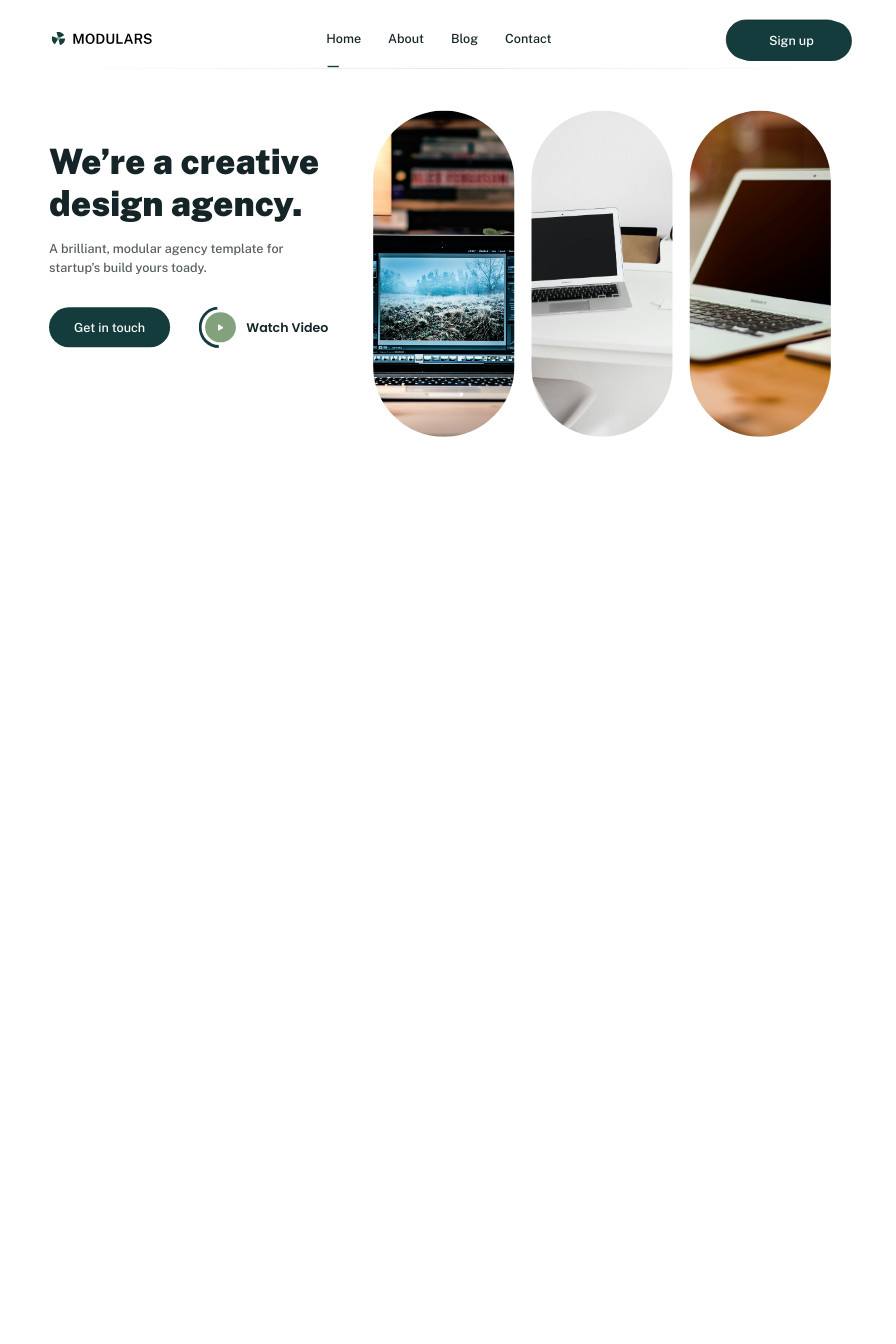
Repository: Learncode-every-day/Project-3.1
Page: index.html
These files come from the project's save history. The page is drawn as it stood at one moment and after the next save; the edit follows.
The browser window is 1280 px wide. The pictures show the part of the page from y = 0 to 1920 px (the page is 5015 px tall), at 70% of full size.

Above is the page before, as saved 2024-06-22 18:30:12.

### index.html
<!DOCTYPE html>
<html lang="en">
    <head>
        <meta charset="UTF-8" />
        <meta name="viewport" content="width=device-width, initial-scale=1.0" />
        <title>Project 3.1</title>
        <!-- Favicon -->
        <link
            rel="apple-touch-icon"
            sizes="57x57"
            href="./assets/favicon/apple-icon-57x57.png"
        />
        <link
            rel="apple-touch-icon"
            sizes="60x60"
            href="./assets/favicon/apple-icon-60x60.png"
        />
        <link
            rel="apple-touch-icon"
            sizes="72x72"
            href="./assets/favicon/apple-icon-72x72.png"
        />
        <link
            rel="apple-touch-icon"
            sizes="76x76"
            href="./assets/favicon/apple-icon-76x76.png"
        />
        <link
            rel="apple-touch-icon"
            sizes="114x114"
            href="./assets/favicon/apple-icon-114x114.png"
        />
        <link
            rel="apple-touch-icon"
            sizes="120x120"
            href="./assets/favicon/apple-icon-120x120.png"
        />
        <link
            rel="apple-touch-icon"
            sizes="144x144"
            href="./assets/favicon/apple-icon-144x144.png"
        />
        <link
            rel="apple-touch-icon"
            sizes="152x152"
            href="./assets/favicon/apple-icon-152x152.png"
        />
        <link
            rel="apple-touch-icon"
            sizes="180x180"
            href="./assets/favicon/apple-icon-180x180.png"
        />
        <link
            rel="icon"
            type="image/png"
            sizes="192x192"
            href="./assets/favicon/android-icon-192x192.png"
        />
        <link
            rel="icon"
            type="image/png"
            sizes="32x32"
            href="./assets/favicon/favicon-32x32.png"
        />
        <link
            rel="icon"
            type="image/png"
            sizes="96x96"
            href="./assets/favicon/favicon-96x96.png"
        />
        <link
            rel="icon"
            type="image/png"
            sizes="16x16"
            href="./assets/favicon/favicon-16x16.png"
        />
        <link rel="manifest" href="./assets/favicon/manifest.json" />
        <meta name="msapplication-TileColor" content="#ffffff" />
        <meta
            name="msapplication-TileImage"
            content="./assets/favicon/ms-icon-144x144.png"
        />
        <meta name="theme-color" content="#ffffff" />
        <!-- Reset CSS -->
        <link rel="stylesheet" href="./assets/css/reset.css" />
        <!-- Embed Fonts -->
        <link rel="stylesheet" href="./assets/fonts/stylesheet.css" />
        <!-- Style CSS -->
        <link rel="stylesheet" href="./assets/css/style.css" />
    </head>
    <body style="height: 5000px">
        <!-- Header -->
        <header class="header">
            <div class="container">
                <!-- Header top -->
                <div class="header-top">
                    <!-- Logo -->
                    <a href="#!">
                        <img src="./assets/icons/logo.svg" alt="Modulars" />
                    </a>

                    <!-- Navbar -->
                    <nav class="navbar">
                        <ul class="navbar__list">
                            <li class="navbar__item">
                                <a
                                    href="#!"
                                    class="navbar__link navbar__link--active"
                                    >Home</a
                                >
                            </li>
                            <li class="navbar__item">
                                <a href="#!" class="navbar__link">About</a>
                            </li>
                            <li class="navbar__item">
                                <a href="#!" class="navbar__link">Blog</a>
                            </li>
                            <li class="navbar__item">
                                <a href="#!" class="navbar__link">Contact</a>
                            </li>
                        </ul>
                    </nav>

                    <!-- Action -->
                    <button class="header-action">
                        <a href="#!" class="btn">Sign up</a>
                    </button>
                </div>
                <div class="separate-line"></div>
            </div>
        </header>

        <main>
            <!-- Hero -->
            <section class="hero">
                <div class="container">
                    <div class="hero__inner">
                        <!-- Hero Content -->
                        <section class="hero__content">
                            <h1 class="hero__heading">
                                We’re a creative design agency.
                            </h1>
                            <p class="hero__desc">
                                A brilliant, modular agency template for
                                startup’s build yours toady.
                            </p>
                            <div class="hero__row">
                                <a href="#!" class="btn">Get in touch</a>
                                <div class="hero-action">
                                    <div class="play-btn">
                                        <img
                                            src="./assets/icons/eclip.svg"
                                            alt="eclip"
                                            class="eclip-icon"
                                        />
                                        <img
                                            src="./assets/icons/play.svg"
                                            alt="Play button"
                                            class="play-icon"
                                        />
                                    </div>
                                    <span class="hero-action__desc"
                                        >Watch Video</span
                                    >
                                </div>
                            </div>
                        </section>

                        <!-- Hero Media -->
                        <div class="hero__media">
                            <figure>
                                <img
                                    src="./assets/img/header-1.jpg"
                                    alt=""
                                    class="hero__image"
                                />
                                <img
                                    src="./assets/img/header-2.jpg"
                                    alt=""
                                    class="hero__image"
                                />
                                <img
                                    src="./assets/img/header-3.jpg"
                                    alt=""
                                    class="hero__image"
                                />
                            </figure>
                        </div>
                    </div>
                </div>
            </section>
        </main>
    </body>
</html>

### assets/css/reset.css
/* http://meyerweb.com/eric/tools/css/reset/
    v2.0 | 20110126
    License: none (public domain)
*/

html,
body,
div,
span,
applet,
object,
iframe,
h1,
h2,
h3,
h4,
h5,
h6,
p,
blockquote,
pre,
a,
abbr,
acronym,
address,
big,
cite,
code,
del,
dfn,
em,
img,
ins,
kbd,
q,
s,
samp,
small,
strike,
strong,
sub,
sup,
tt,
var,
b,
u,
i,
center,
dl,
dt,
dd,
ol,
ul,
li,
fieldset,
form,
label,
legend,
table,
caption,
tbody,
tfoot,
thead,
tr,
th,
td,
article,
aside,
canvas,
details,
embed,
figure,
figcaption,
footer,
header,
hgroup,
menu,
nav,
output,
ruby,
section,
summary,
time,
mark,
audio,
video {
    margin: 0;
    padding: 0;
    border: 0;
    font-size: 100%;
    font: inherit;
    vertical-align: baseline;
}
/* HTML5 display-role reset for older browsers */
article,
aside,
details,
figcaption,
figure,
footer,
header,
hgroup,
menu,
nav,
section {
    display: block;
}
body {
    line-height: 1;
}
ol,
ul {
    list-style: none;
}
blockquote,
q {
    quotes: none;
}
blockquote:before,
blockquote:after,
q:before,
q:after {
    content: "";
    content: none;
}
table {
    border-collapse: collapse;
    border-spacing: 0;
}

### assets/fonts/stylesheet.css
/* ================= Sonsie One ================= */
@font-face {
    font-family: "Sonsie One";
    src: url("SonsieOne/SonsieOne-Regular.woff2") format("woff2"),
        url("SonsieOne/SonsieOne-Regular.woff") format("woff");
    font-weight: normal;
    font-style: normal;
    font-display: swap;
}

/* ================= Public Sans ================= */
@font-face {
    font-family: "Public Sans";
    src: url("PublicSans/PublicSans-Bold.woff2") format("woff2"),
        url("PublicSans/PublicSans-Bold.woff") format("woff");
    font-weight: bold;
    font-style: normal;
    font-display: swap;
}

@font-face {
    font-family: "Public Sans";
    src: url("PublicSans/PublicSans-ExtraBold.woff2") format("woff2"),
        url("PublicSans/PublicSans-ExtraBold.woff") format("woff");
    font-weight: bold;
    font-style: normal;
    font-display: swap;
}

@font-face {
    font-family: "Public Sans";
    src: url("PublicSans/PublicSans-Light.woff2") format("woff2"),
        url("PublicSans/PublicSans-Light.woff") format("woff");
    font-weight: 300;
    font-style: normal;
    font-display: swap;
}

@font-face {
    font-family: "Public Sans";
    src: url("PublicSans/PublicSans-Medium.woff2") format("woff2"),
        url("PublicSans/PublicSans-Medium.woff") format("woff");
    font-weight: 500;
    font-style: normal;
    font-display: swap;
}

@font-face {
    font-family: "Public Sans";
    src: url("PublicSans/PublicSans-SemiBold.woff2") format("woff2"),
        url("PublicSans/PublicSans-SemiBold.woff") format("woff");
    font-weight: 600;
    font-style: normal;
    font-display: swap;
}

@font-face {
    font-family: "Public Sans";
    src: url("PublicSans/PublicSans-Regular.woff2") format("woff2"),
        url("PublicSans/PublicSans-Regular.woff") format("woff");
    font-weight: normal;
    font-style: normal;
    font-display: swap;
}

@font-face {
    font-family: "Public Sans";
    src: url("PublicSans/PublicSans-BlackItalic.woff2") format("woff2"),
        url("PublicSans/PublicSans-BlackItalic.woff") format("woff");
    font-weight: 900;
    font-style: italic;
    font-display: swap;
}

@font-face {
    font-family: "Public Sans";
    src: url("PublicSans/PublicSans-Black.woff2") format("woff2"),
        url("PublicSans/PublicSans-Black.woff") format("woff");
    font-weight: 900;
    font-style: normal;
    font-display: swap;
}

@font-face {
    font-family: "Public Sans";
    src: url("PublicSans/PublicSans-BoldItalic.woff2") format("woff2"),
        url("PublicSans/PublicSans-BoldItalic.woff") format("woff");
    font-weight: bold;
    font-style: italic;
    font-display: swap;
}

@font-face {
    font-family: "Public Sans";
    src: url("PublicSans/PublicSans-ExtraLight.woff2") format("woff2"),
        url("PublicSans/PublicSans-ExtraLight.woff") format("woff");
    font-weight: 200;
    font-style: normal;
    font-display: swap;
}

@font-face {
    font-family: "Public Sans";
    src: url("PublicSans/PublicSans-ExtraBoldItalic.woff2") format("woff2"),
        url("PublicSans/PublicSans-ExtraBoldItalic.woff") format("woff");
    font-weight: bold;
    font-style: italic;
    font-display: swap;
}

@font-face {
    font-family: "Public Sans";
    src: url("PublicSans/PublicSans-Italic.woff2") format("woff2"),
        url("PublicSans/PublicSans-Italic.woff") format("woff");
    font-weight: normal;
    font-style: italic;
    font-display: swap;
}

@font-face {
    font-family: "Public Sans";
    src: url("PublicSans/PublicSans-LightItalic.woff2") format("woff2"),
        url("PublicSans/PublicSans-LightItalic.woff") format("woff");
    font-weight: 300;
    font-style: italic;
    font-display: swap;
}

@font-face {
    font-family: "Public Sans";
    src: url("PublicSans/PublicSans-ExtraLightItalic.woff2") format("woff2"),
        url("PublicSans/PublicSans-ExtraLightItalic.woff") format("woff");
    font-weight: 200;
    font-style: italic;
    font-display: swap;
}

@font-face {
    font-family: "Public Sans";
    src: url("PublicSans/PublicSans-SemiBoldItalic.woff2") format("woff2"),
        url("PublicSans/PublicSans-SemiBoldItalic.woff") format("woff");
    font-weight: 600;
    font-style: italic;
    font-display: swap;
}

@font-face {
    font-family: "Public Sans";
    src: url("PublicSans/PublicSans-Thin.woff2") format("woff2"),
        url("PublicSans/PublicSans-Thin.woff") format("woff");
    font-weight: 100;
    font-style: normal;
    font-display: swap;
}

@font-face {
    font-family: "Public Sans";
    src: url("PublicSans/PublicSans-MediumItalic.woff2") format("woff2"),
        url("PublicSans/PublicSans-MediumItalic.woff") format("woff");
    font-weight: 500;
    font-style: italic;
    font-display: swap;
}

@font-face {
    font-family: "Public Sans";
    src: url("PublicSans/PublicSans-ThinItalic.woff2") format("woff2"),
        url("PublicSans/PublicSans-ThinItalic.woff") format("woff");
    font-weight: 100;
    font-style: italic;
    font-display: swap;
}

/* ================= Poppins ================= */
@font-face {
    font-family: "Poppins";
    src: url("Poppins/Poppins-LightItalic.woff2") format("woff2"),
        url("Poppins/Poppins-LightItalic.woff") format("woff");
    font-weight: 300;
    font-style: italic;
    font-display: swap;
}

@font-face {
    font-family: "Poppins";
    src: url("Poppins/Poppins-Light.woff2") format("woff2"),
        url("Poppins/Poppins-Light.woff") format("woff");
    font-weight: 300;
    font-style: normal;
    font-display: swap;
}

@font-face {
    font-family: "Poppins";
    src: url("Poppins/Poppins-Medium.woff2") format("woff2"),
        url("Poppins/Poppins-Medium.woff") format("woff");
    font-weight: 500;
    font-style: normal;
    font-display: swap;
}

@font-face {
    font-family: "Poppins";
    src: url("Poppins/Poppins-Italic.woff2") format("woff2"),
        url("Poppins/Poppins-Italic.woff") format("woff");
    font-weight: normal;
    font-style: italic;
    font-display: swap;
}

@font-face {
    font-family: "Poppins";
    src: url("Poppins/Poppins-Thin.woff2") format("woff2"),
        url("Poppins/Poppins-Thin.woff") format("woff");
    font-weight: 100;
    font-style: normal;
    font-display: swap;
}

@font-face {
    font-family: "Poppins";
    src: url("Poppins/Poppins-SemiBoldItalic.woff2") format("woff2"),
        url("Poppins/Poppins-SemiBoldItalic.woff") format("woff");
    font-weight: 600;
    font-style: italic;
    font-display: swap;
}

@font-face {
    font-family: "Poppins";
    src: url("Poppins/Poppins-Regular.woff2") format("woff2"),
        url("Poppins/Poppins-Regular.woff") format("woff");
    font-weight: normal;
    font-style: normal;
    font-display: swap;
}

@font-face {
    font-family: "Poppins";
    src: url("Poppins/Poppins-MediumItalic.woff2") format("woff2"),
        url("Poppins/Poppins-MediumItalic.woff") format("woff");
    font-weight: 500;
    font-style: italic;
    font-display: swap;
}

@font-face {
    font-family: "Poppins";
    src: url("Poppins/Poppins-SemiBold.woff2") format("woff2"),
        url("Poppins/Poppins-SemiBold.woff") format("woff");
    font-weight: 600;
    font-style: normal;
    font-display: swap;
}

@font-face {
    font-family: "Poppins";
    src: url("Poppins/Poppins-BoldItalic.woff2") format("woff2"),
        url("Poppins/Poppins-BoldItalic.woff") format("woff");
    font-weight: bold;
    font-style: italic;
    font-display: swap;
}

@font-face {
    font-family: "Poppins";
    src: url("Poppins/Poppins-BlackItalic.woff2") format("woff2"),
        url("Poppins/Poppins-BlackItalic.woff") format("woff");
    font-weight: 900;
    font-style: italic;
    font-display: swap;
}

@font-face {
    font-family: "Poppins";
    src: url("Poppins/Poppins-Black.woff2") format("woff2"),
        url("Poppins/Poppins-Black.woff") format("woff");
    font-weight: 900;
    font-style: normal;
    font-display: swap;
}

@font-face {
    font-family: "Poppins";
    src: url("Poppins/Poppins-ThinItalic.woff2") format("woff2"),
        url("Poppins/Poppins-ThinItalic.woff") format("woff");
    font-weight: 100;
    font-style: italic;
    font-display: swap;
}

@font-face {
    font-family: "Poppins";
    src: url("Poppins/Poppins-ExtraBold.woff2") format("woff2"),
        url("Poppins/Poppins-ExtraBold.woff") format("woff");
    font-weight: bold;
    font-style: normal;
    font-display: swap;
}

@font-face {
    font-family: "Poppins";
    src: url("Poppins/Poppins-Bold.woff2") format("woff2"),
        url("Poppins/Poppins-Bold.woff") format("woff");
    font-weight: bold;
    font-style: normal;
    font-display: swap;
}

@font-face {
    font-family: "Poppins";
    src: url("Poppins/Poppins-ExtraBoldItalic.woff2") format("woff2"),
        url("Poppins/Poppins-ExtraBoldItalic.woff") format("woff");
    font-weight: bold;
    font-style: italic;
    font-display: swap;
}

@font-face {
    font-family: "Poppins";
    src: url("Poppins/Poppins-ExtraLightItalic.woff2") format("woff2"),
        url("Poppins/Poppins-ExtraLightItalic.woff") format("woff");
    font-weight: 200;
    font-style: italic;
    font-display: swap;
}

@font-face {
    font-family: "Poppins";
    src: url("Poppins/Poppins-ExtraLight.woff2") format("woff2"),
        url("Poppins/Poppins-ExtraLight.woff") format("woff");
    font-weight: 200;
    font-style: normal;
    font-display: swap;
}

### assets/css/style.css
* {
    box-sizing: border-box;
}

:root {
    --bg-color: #143c3c;
    /* Màu thay thế */
    --primary-color: #152427;
    --desc-color: #7d8188;
}

html {
    font-size: 62.5%;
}

body {
    font-size: 1.6rem;
    font-family: "Public Sans";
}

/* ===== Common ===== */
a {
    text-decoration: none;
}

input,
textarea,
select,
button {
    font-family: inherit;
    font-size: inherit;
}

.container {
    width: 1140px;
    max-width: calc(100% - 48px);
    margin: 0 auto;
}

.section-heading {
    color: var(--primary-color);
    font-family: Poppins;
    font-size: 4.2rem;
    font-weight: 600;
    line-height: 1.24; /* 123.81% */
}

.section-desc {
    color: var(--desc-color);
    font-family: Poppins;
    font-size: 1.4rem;
    font-weight: 500;
    line-height: 1.71; /* 171.429% */
}

.btn {
    display: flex;
    align-items: center;
    justify-content: center;
    min-width: 173px;
    height: 57px;
    border-radius: 40px;
    background: var(--bg-color);
    color: #fff;
    font-size: 1.8rem;
    font-weight: 500;
    line-height: 1.56; /* 155.556% */
}

/* ===== Header ===== */
.header {
    position: sticky;
    top: 0;
    background: #fff;
    z-index: 9999;
}

.header-top {
    margin-top: 15px;
    padding: 13px 0;
    display: flex;
    align-items: center;
    justify-content: space-between;
}

.navbar__list {
    display: flex;
    min-width: 322px;
    justify-content: space-between;
}

.navbar__link {
    position: relative;
    color: var(--primary-color);
    font-size: 1.8rem;
    font-weight: 500;
    line-height: 1.56; /* 155.556% */
}

.navbar__link--active::before {
    position: absolute;
    content: "";
    left: 2px;
    bottom: -30px;
    width: 16px;
    height: 2px;
    background: var(--bg-color);
}

.header-action {
    width: 173px;
    height: 57px;
    border-radius: 40px;
    border: 1.5px solid var(--primary-color);
    background: var(--bg-color);
}

.separate-line {
    margin-top: -1px;
    width: 100%;
    height: 1px;
    background: linear-gradient(
        90deg,
        #fff 0%,
        #dddcdc 51.09%,
        rgba(212, 212, 212, 0) 99.68%
    );
}

/* ===== Hero ===== */
.hero__inner {
    display: flex;
    justify-content: space-between;
}

.hero__content {
    width: 35%;
}

.hero__heading {
    margin-top: 103px;
    color: var(--primary-color);
    font-size: 5rem;
    font-weight: 800;
    line-height: 1.2; /* 120% */
}

.hero__desc {
    margin-top: 20px;
    color: #575d5e;
    font-size: 1.8rem;
    font-weight: 500;
    line-height: 1.56; /* 155.556% */
}

.hero__row {
    margin-top: 42px;
    display: flex;
    align-items: center;
    justify-content: space-between;
}

.hero-action {
    position: relative;
    display: flex;
    align-items: center;
    justify-content: center;
}

.hero-action__desc {
    color: var(--primary-color);
    font-family: Poppins;
    font-size: 1.8rem;
    font-weight: 600;
    line-height: 1.67; /* 166.667% */
}

.play-btn {
    margin-right: 15px;
    display: flex;
    align-items: center;
    justify-content: center;
    width: 44px;
    height: 43px;
    border-radius: 50%;
    background: #83a17d;
}

.eclip-icon {
    position: absolute;
    left: -9px;
    bottom: -8px;
}

.hero__media {
    display: flex;
    margin-right: 23px;
    padding-top: 60px;
}

.hero__image {
    margin-right: 20px;
    height: 466px;
    width: 202px;
    object-fit: cover;
    border-radius: 999px;
}

.hero__image:last-child {
    margin-right: 0;
}

After the next save:
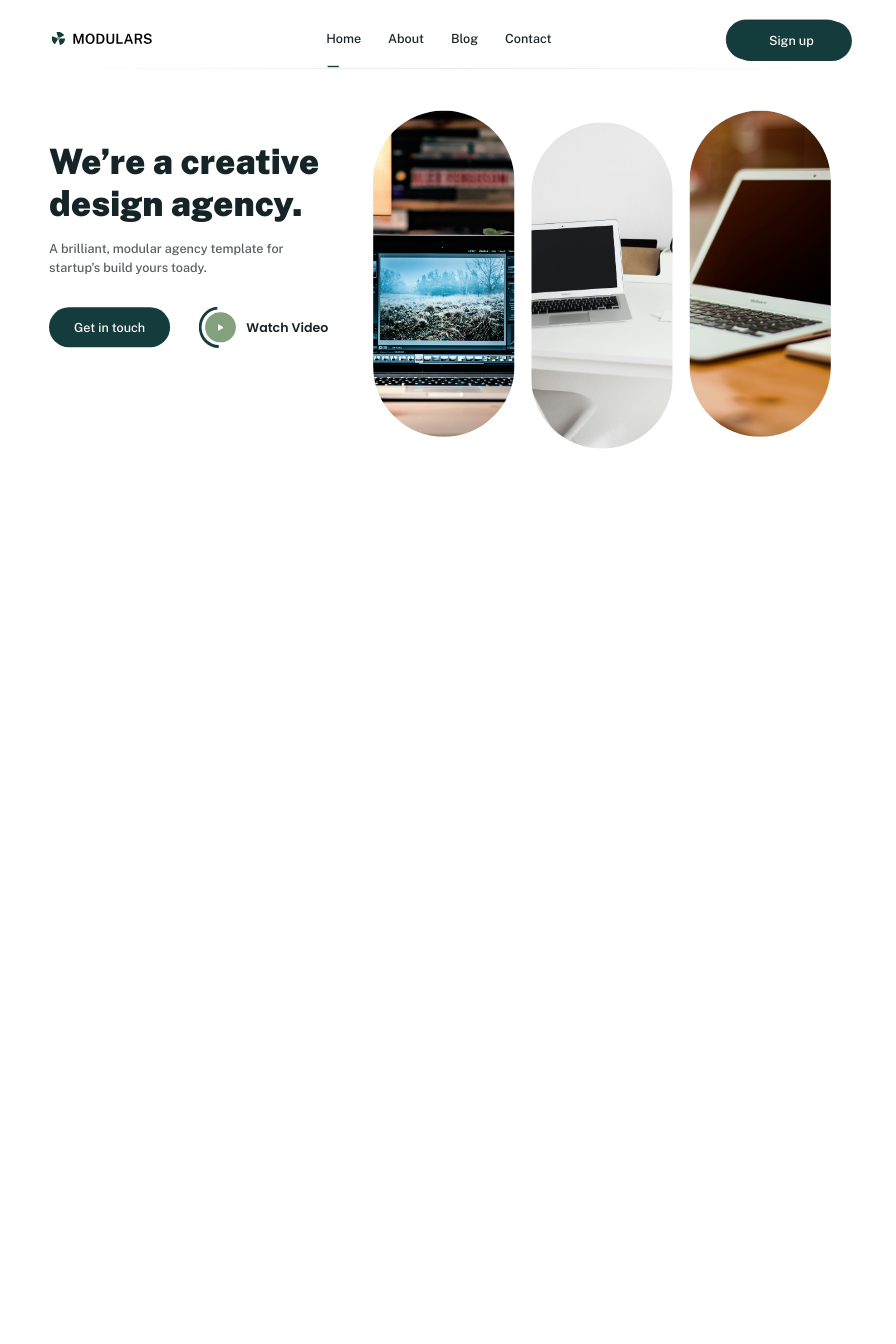
Saved 8 min 42 s later.
--- a/assets/css/style.css
+++ b/assets/css/style.css
@@ -206,6 +206,10 @@
     border-radius: 999px;
 }
 
+.hero__image:nth-child(2) {
+    transform: translateY(17px);
+}
+
 .hero__image:last-child {
     margin-right: 0;
 }
